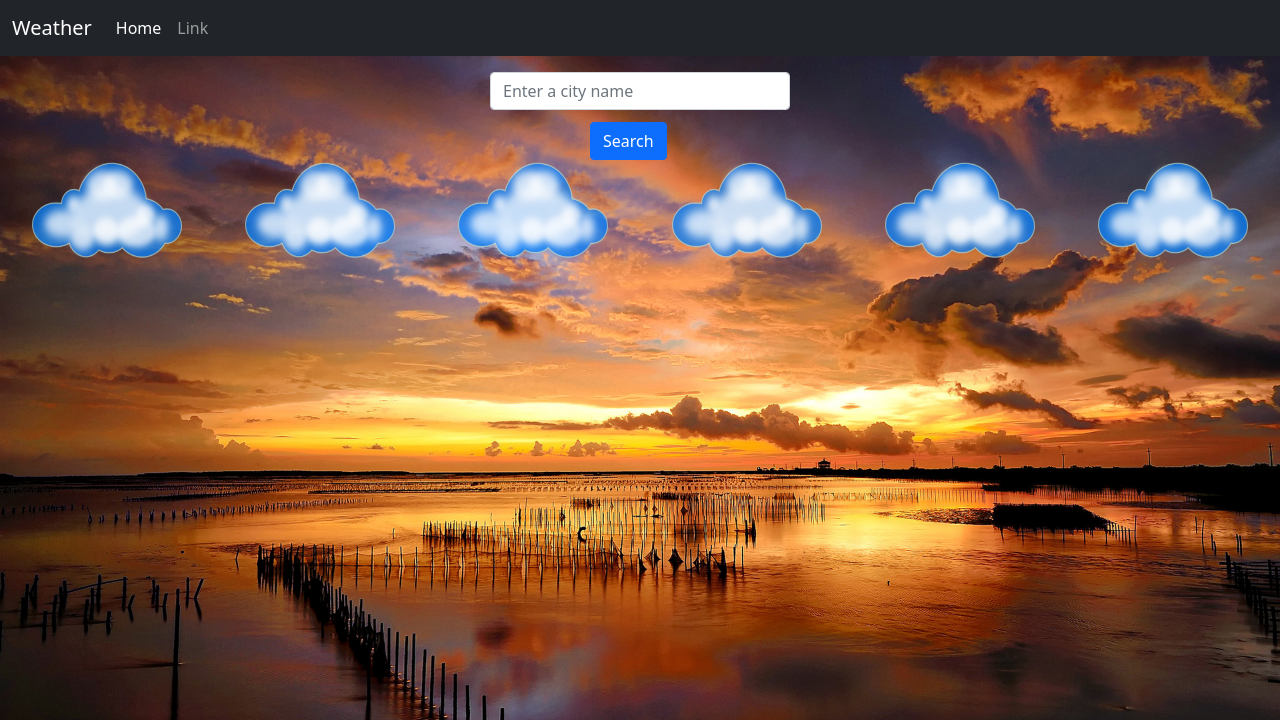
Repository: rohitbharti258/Project_Weather_finder
Page: index.html
An editor plug-in stored every save of this project. The page is shown before and after the next save, followed by the edit.
The browser window is 1280 px wide. The pictures show the whole page.

Above is the page before, as saved 2022-02-28 13:00:44.

After the next save:
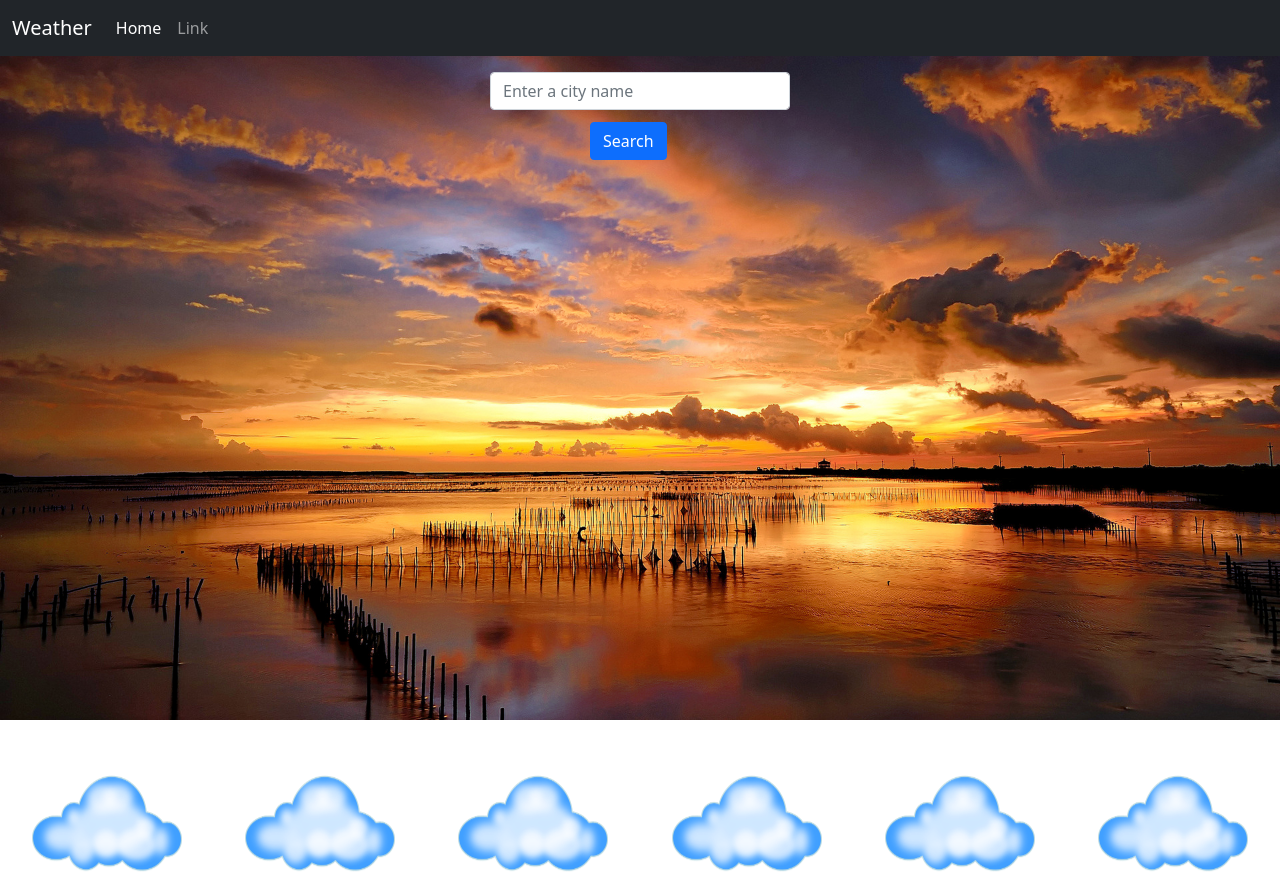
Saved 34 s later.
--- a/style.css
+++ b/style.css
@@ -23,10 +23,10 @@ body {
 }
 @keyframes cloud {
     0%{
-        bottom: -10px;
+        transform: translateY(10px);
     }
     100%{
-        bottom:90%;
+        transform: translateY(1000px);
     }
 }
 .cloud img{
